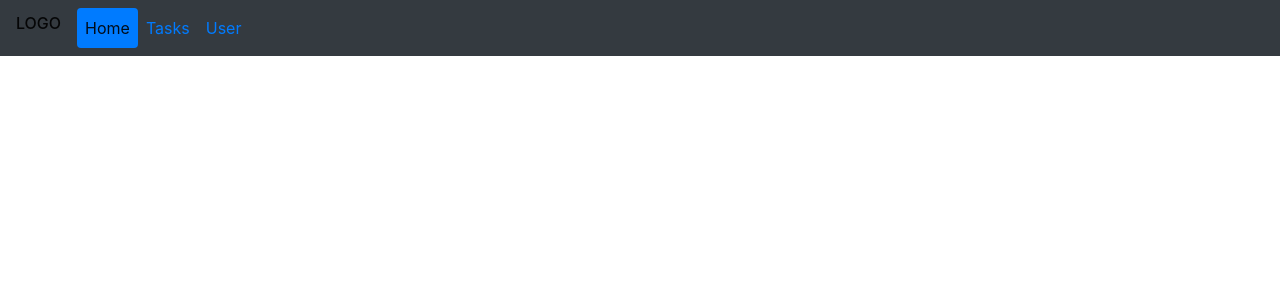
Repository: lalji-yadav/Nimapinfotech-demo-project
Page: /login
An editor plug-in stored every save of this project. The page is shown before and after the next save, followed by the edit.
The browser window is 1280 px wide. The pictures show the whole page.
The project was rebuilt for these pictures with package versions that can differ from the ones it lists, and the page was loaded fresh each time. Also part of the build but not shown: src/App.css, src/components/Home.js, src/components/Tasks.js, src/components/Users.js, src/components/Login.js.

Above is the page before, as saved 2021-01-16 18:09:36.

### src/App.js
import './App.css';
import Navbar from "./components/Navbars";
import Login from "./components/Login";


function App() {
  return (
    <div>

    {/* <Login /> */}
    <Navbar />
    </div>
  );
}

export default App;

### src/components/Navbars.js
import React from 'react';
import { Navbar,Nav,NavDropdown,Form,FormControl ,Button } from 'react-bootstrap';
import {
  BrowserRouter as Router,
  Switch,
  Route,
  Link
} from "react-router-dom";

import Home from "./Home";
import Tasks from "./Tasks";
import User from "./Users";


const Navbars=()=> {
        return (
            <div>

              <Router>
                  <Navbar bg="dark" expand="lg">
                      <Navbar.Brand> <h6>LOGO</h6></Navbar.Brand>
                      <Navbar.Toggle aria-controls="basic-navbar-nav" />
                      <Navbar.Collapse id="basic-navbar-nav">
                      <Nav variant="pills" defaultActiveKey="/">
                        <Nav.Item>
                          <Nav.Link href="/">Home </Nav.Link>
                        </Nav.Item>
                        <Nav.Item>
                          <Nav.Link eventKey="link-1"> <Link to="/tasks"> Tasks </Link> </Nav.Link>
                        </Nav.Item>
                        <Nav.Item>
                          <Nav.Link eventKey="link-2">
                          <Link to="/user"> User </Link>
                          </Nav.Link>
                        </Nav.Item>
                      </Nav>
                      </Navbar.Collapse>
                    </Navbar>


                    <Switch>
                      <Route exact path="/" component={Home} />

                      <Route exact path="/user" component={User} />

                      <Route exact path="/tasks" component={Tasks} />

                    </Switch>
             </Router>

            </div>
        );
    }

export default Navbars;

Loaded but not shown: public/index.html (common file); src/index.js (common file); src/index.css (common file); src/reportWebVitals.js (common file); src/App.css (no copy from this time; the picture is the same without it)

After the next save:
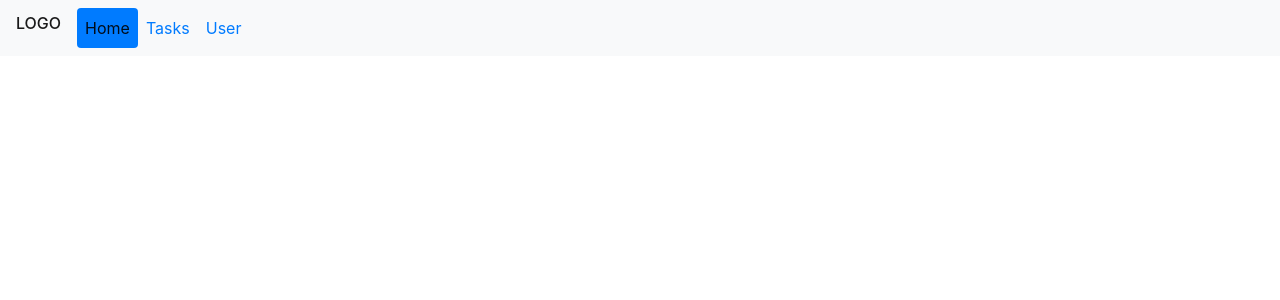
Saved 16 s later.
--- a/src/components/Navbars.js
+++ b/src/components/Navbars.js
@@ -17,7 +17,7 @@ const Navbars=()=> {
             <div>
 
               <Router>
-                  <Navbar bg="dark" expand="lg">
+                  <Navbar bg="light" expand="lg">
                       <Navbar.Brand> <h6>LOGO</h6></Navbar.Brand>
                       <Navbar.Toggle aria-controls="basic-navbar-nav" />
                       <Navbar.Collapse id="basic-navbar-nav">
